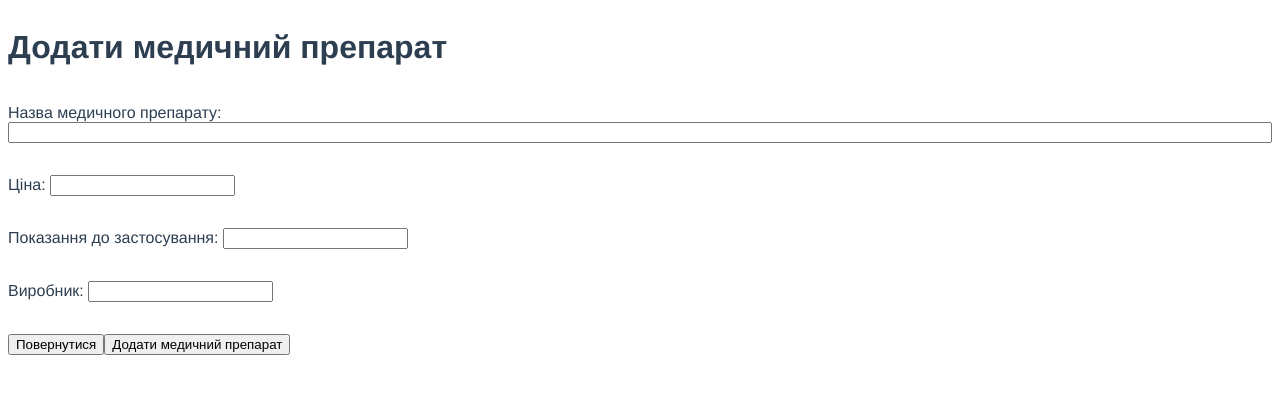
Repository: kristinap8/pharmacy
Page: /add_medicine
These files come from the project's save history. The page is drawn as it stood at one moment and after the next save; the edit follows.
The browser window is 1280 px wide. The pictures show the whole page.
The project was rebuilt for these pictures with package versions that can differ from the ones it lists, and the page was loaded fresh each time. Also part of the build but not shown: src/components/EditMedicineForm/index.vue, src/pages/EditMedicine/index.vue, src/components/MedicinesList/MedicineCard/index.vue, src/components/MedicinesList/index.vue, src/pages/AllMedicines/index.vue, src/components/CartForm/index.vue, src/pages/Cart/index.vue.

Above is the page before, as saved 2020-12-09 23:21:32.

After the next save:
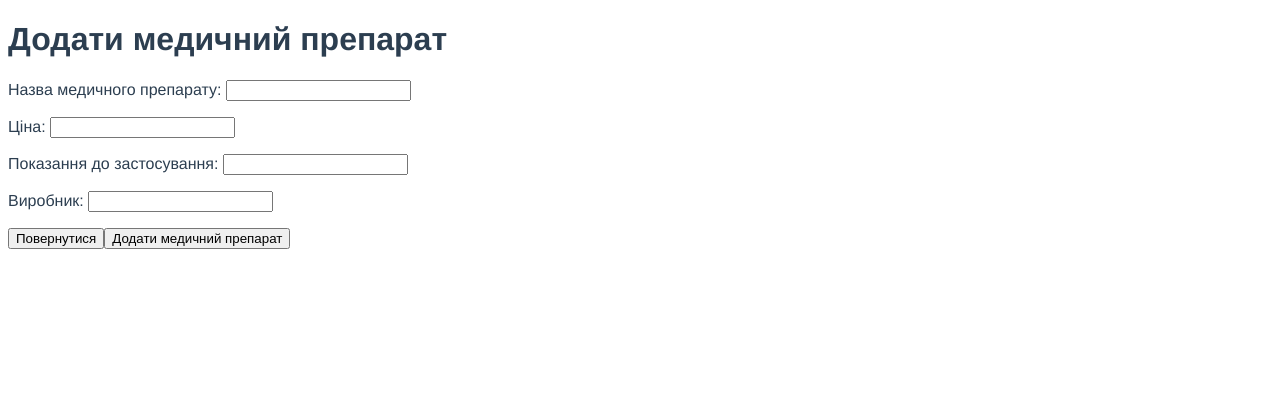
Saved 15 s later.
--- a/src/components/AddMedicineForm/index.vue
+++ b/src/components/AddMedicineForm/index.vue
@@ -65,6 +65,6 @@ import { mapActions } from 'vuex'
 
 <style lang="scss" scoped>
 .form{
-    display:grid
+    display:inline
 }
 </style>
